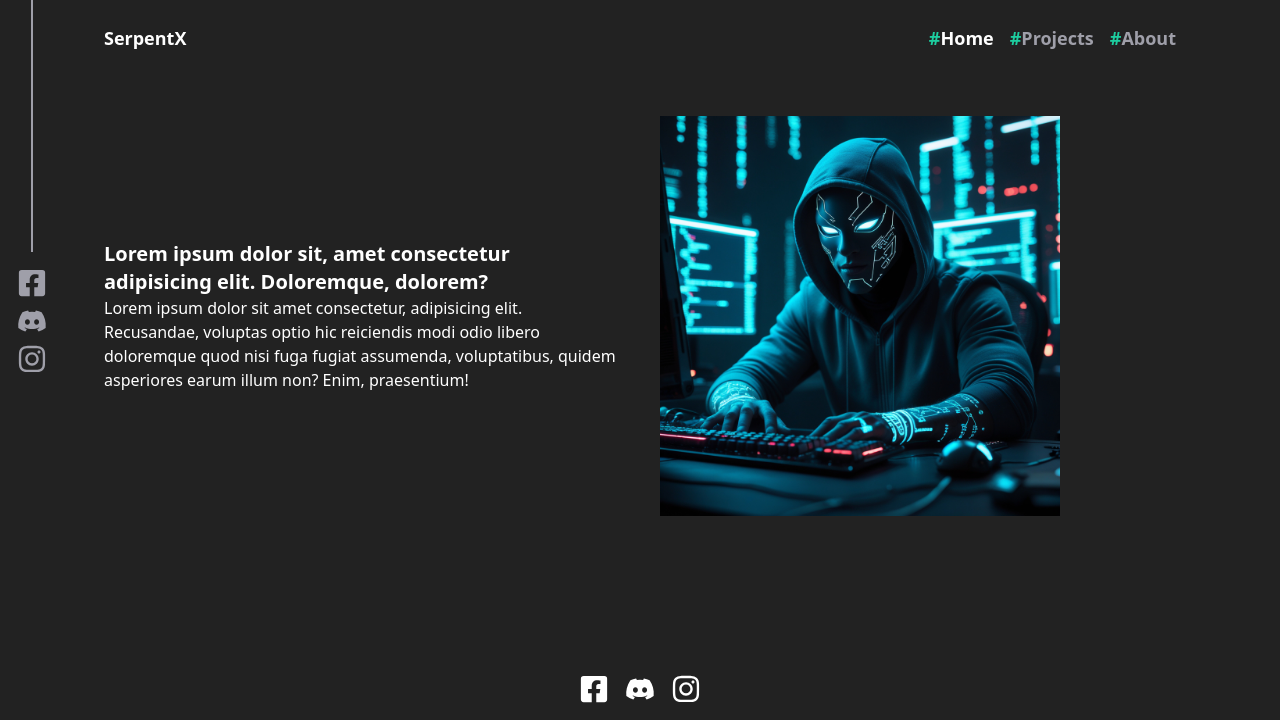
Repository: SERPENTX03/Portfolio-Tutorial
Page: /
These files come from the project's save history. The page is drawn as it stood at one moment and after the next save; the edit follows.
The browser window is 1280 px wide. The pictures show the whole page.
The project was rebuilt for these pictures with package versions that can differ from the ones it lists, and the page was loaded fresh each time. The framework's server and built-in components were replaced by stand-ins that run in the browser. Also part of the build but not shown: next.config.ts.

Above is the page before, as saved 2025-04-19 20:47:00.

### app/layout.tsx
import type { Metadata } from "next";
import { Geist, Geist_Mono } from "next/font/google";
import "./globals.css";
import SideContact from "@/components/SideContact";
import Navbar from "@/components/nav/Navbar";

const geistSans = Geist({
  variable: "--font-geist-sans",
  subsets: ["latin"],
});

const geistMono = Geist_Mono({
  variable: "--font-geist-mono",
  subsets: ["latin"],
});

export const metadata: Metadata = {
  title: "Create Next App",
  description: "Generated by create next app",
};

export default function RootLayout({
  children,
}: Readonly<{
  children: React.ReactNode;
}>) {
  return (
    <html lang="en">
      <body
        className={`${geistSans.variable} ${geistMono.variable} antialiased`}
      >
        <SideContact />
        <main className="max-w-[1200px] mx-auto px-16 ">
          <Navbar />
          {children}
        </main>
      </body>
    </html>
  );
}

### app/page.tsx
import Hero from "@/components/Hero";

const Home = () => {
  return (
    <div>
      <Hero />
    </div>
  );
};
export default Home;

### app/globals.css
@import "tailwindcss";

@theme {
  --color-primary: #1dcd9f;
  --color-background: #222222;
  --color-text: #9f9fa9;
}

body {
  background-color: var(--color-background);
  color: white;
}

### components/SideContact.tsx
import Link from "next/link";
import { FaFacebookSquare } from "react-icons/fa";
import { FaDiscord } from "react-icons/fa";
import { FaInstagram } from "react-icons/fa";

const SideContact = () => {
  return (
    <div className="fixed top-0 left-0 w-16 lg:flex flex-col hidden ">
      {/* Line */}
      <div className="h-[35vh] relative">
        <div className="h-full border border-text absolute top-0 left-1/2 -translate-x-1/2"></div>
      </div>
      {/* Socials */}
      <div className="text-text mt-4 flex flex-col gap-2 items-center">
        <Link target="_blank" href="https://www.facebook.com/serpentx.dev">
          <FaFacebookSquare size={30} />
        </Link>
        <Link target="_blank" href="https://discord.gg/serpentx">
          <FaDiscord size={30} />
        </Link>
        <Link target="_blank" href="https://www.instagram.com/serpentx.dev">
          <FaInstagram size={30} />
        </Link>
      </div>
    </div>
  );
};
export default SideContact;

### components/nav/Navbar.tsx
import MenuHamburger from "./MenuHamburger";
import Navlink from "./Navlink";

const Navbar = () => {
  return (
    <div className="flex justify-between items-center py-6">
      <h1 className="text-lg font-semibold ">SerpentX</h1>
      <Navlink />
      <MenuHamburger />
    </div>
  );
};
export default Navbar;

### components/Hero.tsx
import Image from "next/image";

const Hero = () => {
  return (
    <section className="mt-10">
      <div className="flex justify-between gap-10 items-center">
        <div className="w-1/2">
          <h2 className="text-xl font-bold">
            Lorem ipsum dolor sit, amet consectetur adipisicing elit.
            Doloremque, dolorem?
          </h2>
          <p>
            Lorem ipsum dolor sit amet consectetur, adipisicing elit.
            Recusandae, voluptas optio hic reiciendis modi odio libero
            doloremque quod nisi fuga fugiat assumenda, voluptatibus, quidem
            asperiores earum illum non? Enim, praesentium!
          </p>
        </div>
        <div className="w-1/2">
          <Image
            className=""
            src="/images/hero.jpg"
            alt="hero"
            width={400}
            height={400}
          />
        </div>
      </div>
    </section>
  );
};
export default Hero;

### components/nav/MenuHamburger.tsx
"use client";
import { RiMenuFoldLine } from "react-icons/ri";
import { links } from "@/data/NavLink";
import { useEffect, useState } from "react";
import { IoClose } from "react-icons/io5";
import Link from "next/link";
import { usePathname } from "next/navigation";
import { motion, AnimatePresence } from "framer-motion";
import { FaDiscord, FaFacebookSquare, FaInstagram } from "react-icons/fa";

const MenuHamburger = () => {
  const [isOpen, setIsOpen] = useState(false);
  const pathname = usePathname();

  const handleOpen = () => {
    setIsOpen(!isOpen);
  };

  useEffect(() => {
    setIsOpen(false); // ปิดเมนูเมื่อ path เปลี่ยน
  }, [pathname]);
  return (
    <>
      <AnimatePresence mode="wait">
        {isOpen ? (
          <motion.div
            key="close"
            initial={{ rotate: -90, opacity: 0 }}
            animate={{ rotate: 0, opacity: 1 }}
            exit={{ rotate: 90, opacity: 0 }}
            transition={{ duration: 0.2 }}
            className="cursor-pointer block md:hidden z-50"
            onClick={handleOpen}
          >
            <IoClose size={30} />
          </motion.div>
        ) : (
          <motion.div
            key="menu"
            initial={{ rotate: 90, opacity: 0 }}
            animate={{ rotate: 0, opacity: 1 }}
            exit={{ rotate: -90, opacity: 0 }}
            transition={{ duration: 0.3 }}
            className="cursor-pointer block md:hidden z-10"
            onClick={handleOpen}
          >
            <RiMenuFoldLine size={30} />
          </motion.div>
        )}
      </AnimatePresence>
      {isOpen && (
        <ul className="fixed top-0 left-0 w-full h-screen bg-background ">
          <h1 className="text-2xl font-bold m-3">SerpentX</h1>
          {links.map((nav, index) => (
            <li
              key={index}
              className={`text-2xl m-3 font-semibold text-text ${
                pathname === nav.href ? "text-white" : "text-text"
              }`}
            >
              <Link href={nav.href}>
                <span className="text-primary">#</span>
                {nav.label}
              </Link>
            </li>
          ))}
        </ul>
      )}
      <div className="fixed bottom-4 left-1/2 -translate-x-1/2 flex gap-4">
        <Link target="_blank" href="https://www.facebook.com/serpentx.dev">
          <FaFacebookSquare size={30} />
        </Link>
        <Link target="_blank" href="https://discord.gg/serpentx">
          <FaDiscord size={30} />
        </Link>
        <Link target="_blank" href="https://www.instagram.com/serpentx.dev">
          <FaInstagram size={30} />
        </Link>
      </div>
    </>
  );
};
export default MenuHamburger;

### components/nav/Navlink.tsx
"use client";
import { links } from "@/data/NavLink";
import Link from "next/link";
import { usePathname } from "next/navigation";

const Navlink = () => {
  const pathname = usePathname();
  return (
    <ul className="md:flex gap-4 hidden ">
      {links.map((nav, index) => (
        <li
          key={index}
          className={`text-lg font-semibold text-text ${
            pathname === nav.href ? "text-white" : "text-text"
          }`}
        >
          <Link href={nav.href}>
            <span className="text-primary">#</span>
            {nav.label}
          </Link>
        </li>
      ))}
    </ul>
  );
};
export default Navlink;

### data/NavLink.ts
export const links = [
  {
    label: "Home",
    href: "/",
  },
  {
    label: "Projects",
    href: "/projects",
  },
  {
    label: "About",
    href: "/about",
  },
];

After the next save:
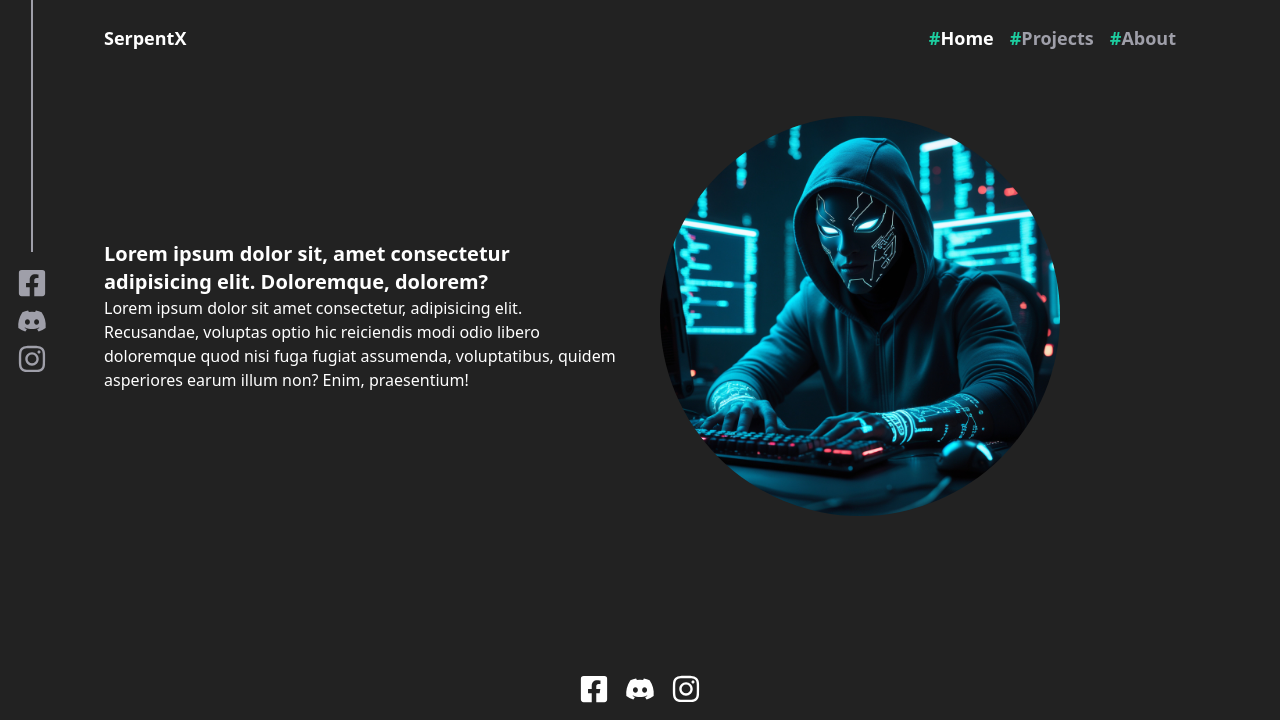
Saved 9 s later.
--- a/components/Hero.tsx
+++ b/components/Hero.tsx
@@ -18,7 +18,7 @@ const Hero = () => {
         </div>
         <div className="w-1/2">
           <Image
-            className=""
+            className="object-cover rounded-full"
             src="/images/hero.jpg"
             alt="hero"
             width={400}
